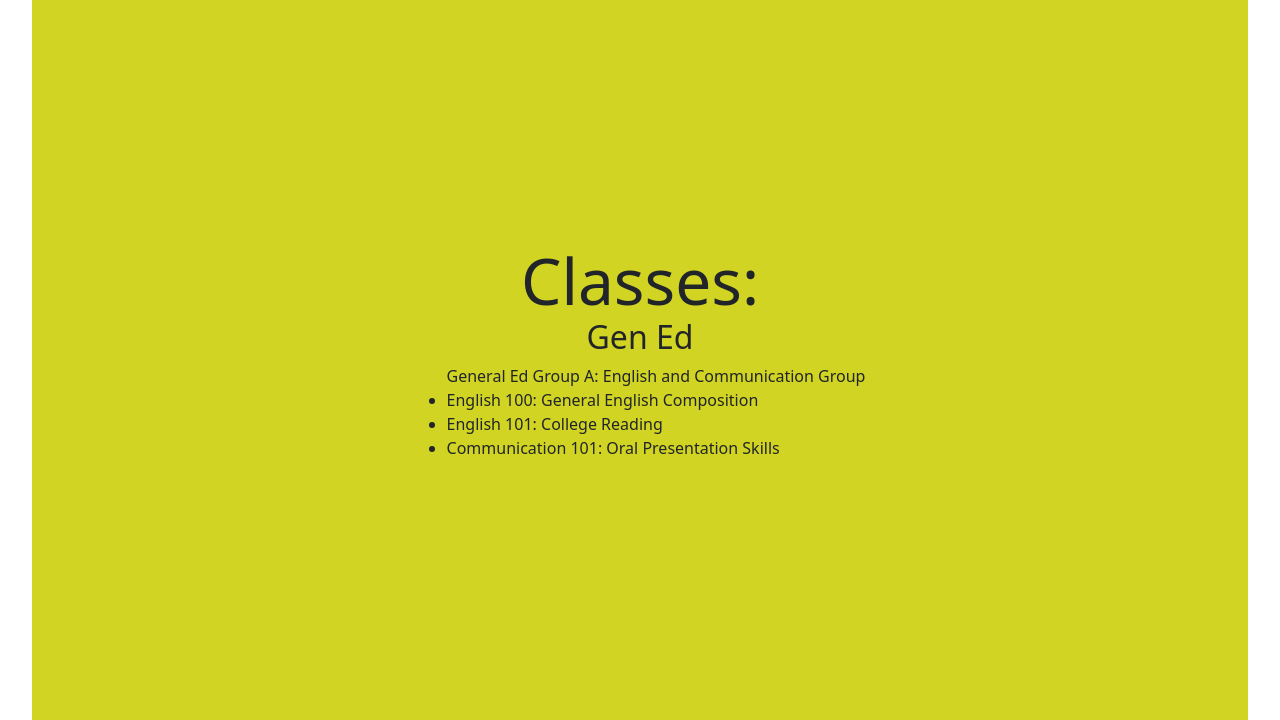
Repository: collegedude9300/zenschool
Page: /Classes
The author's editor kept a copy of each file at every save. The page is drawn from the files as they stood at one save, then again after the next save.
The browser window is 1280 px wide. The pictures show the whole page.
The project was rebuilt for these pictures with package versions that can differ from the ones it lists, and the page was loaded fresh each time. The framework's server and built-in components were replaced by stand-ins that run in the browser. Also part of the build but not shown: next.config.js.

Above is the page before, as saved 2022-10-27 10:11:04.

### pages/Classes.js
/* eslint-disable @next/next/no-html-link-for-pages */
import Head from 'next/head'
import Image from 'next/image'
import styles from '../styles/Home.module.css'
import 'bootstrap/dist/css/bootstrap.css'
export default function Classes() {
  return (
    <div className={styles.container}>
      <Head>
        <title>Classes</title>
        <meta name="description" content="Generated by create next app" />
        <link rel="icon" href="/favicon.png" />
      </Head>
      <main className={styles.main}>
        <h1 className={styles.title}>
          Classes:
        </h1>
    <h2> Gen Ed</h2>
        <ul>
    General Ed Group A: English and Communication Group
   <li> English 100: General English Composition </li>
    <li> English 101: College Reading </li>
    <li> Communication 101: Oral Presentation Skills </li>
    </ul>



      </main>
    </div>
  )
}

### styles/Home.module.css
.container {
  padding: 0 2rem;
}

.main {
  min-height: 100vh;
  padding: 4rem 0;
  flex: 1;
  display: flex;
  flex-direction: column;
  justify-content: center;
  align-items: center;
  background-color: #d1d422;
}

.footer {
  display: flex;
  flex: 1;
  padding: 2rem 0;
  border-top: 1px solid #eaeaea;
  justify-content: center;
  align-items: center;
}

.footer a {
  display: flex;
  justify-content: center;
  align-items: center;
  flex-grow: 1;
}

.title a {
  color: #0070f3;
  text-decoration: none;
}

.title a:hover,
.title a:focus,
.title a:active {
  text-decoration: underline;
}

.title {
  margin: 0;
  line-height: 1.15;
  font-size: 4rem;
}

.title,
.description {
  text-align: center;
}

.description {
  margin: 4rem 0;
  line-height: 1.5;
  font-size: 1.5rem;
}

.code {
  background: #fafafa;
  border-radius: 5px;
  padding: 0.75rem;
  font-size: 1.1rem;
  font-family: Menlo, Monaco, Lucida Console, Liberation Mono, DejaVu Sans Mono,
    Bitstream Vera Sans Mono, Courier New, monospace;
}

.grid {
  display: flex;
  align-items: center;
  justify-content: center;
  flex-wrap: wrap;
  max-width: 800px;
}

.card {
  margin: 1rem;
  padding: 1.5rem;
  text-align: left;
  color: inherit;
  text-decoration: none;
  border: 1px solid #eaeaea;
  border-radius: 10px;
  transition: color 0.15s ease, border-color 0.15s ease;
  max-width: 300px;
}

.card:hover,
.card:focus,
.card:active {
  color: #0070f3;
  border-color: #0070f3;
}

.card h2 {
  margin: 0 0 1rem 0;
  font-size: 1.5rem;
}

.card p {
  margin: 0;
  font-size: 1.25rem;
  line-height: 1.5;
}

.logo {
  height: 1em;
  margin-left: 0.5rem;
}

@media (max-width: 600px) {
  .grid {
    width: 100%;
    flex-direction: column;
  }
}

@media (prefers-color-scheme: dark) {
  .card,
  .footer {
    border-color: #222;
  }
  .code {
    background: #111;
  }
  .logo img {
    filter: invert(1);
  }
}

Loaded but not shown: pages/_app.js (common file); styles/globals.css (common file)

After the next save:
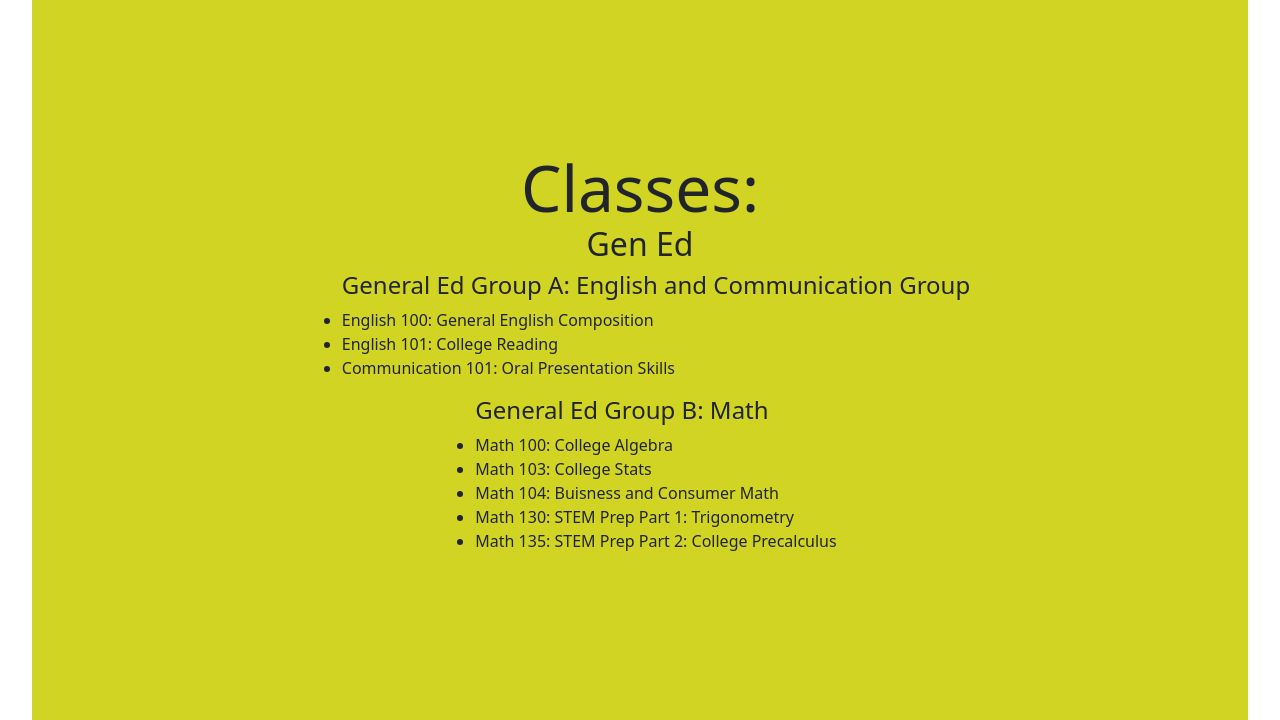
Saved 5 min 27 s later.
--- a/pages/Classes.js
+++ b/pages/Classes.js
@@ -5,6 +5,8 @@ import styles from '../styles/Home.module.css'
 import 'bootstrap/dist/css/bootstrap.css'
 export default function Classes() {
   return (
+    //List
+
     <div className={styles.container}>
       <Head>
         <title>Classes</title>
@@ -17,13 +19,19 @@ export default function Classes() {
         </h1>
     <h2> Gen Ed</h2>
         <ul>
-    General Ed Group A: English and Communication Group
+    <h4>General Ed Group A: English and Communication Group </h4>
    <li> English 100: General English Composition </li>
     <li> English 101: College Reading </li>
     <li> Communication 101: Oral Presentation Skills </li>
     </ul>
-
-
+       <ul>
+       <h4>General Ed Group B: Math </h4>
+    <li> Math 100: College Algebra </li>
+    <li> Math 103: College Stats </li>
+    <li> Math 104: Buisness and Consumer Math </li>
+    <li> Math 130: STEM Prep Part 1: Trigonometry </li>
+    <li> Math 135:  STEM Prep Part 2: College Precalculus </li>
+    </ul>
 
       </main>
     </div>
